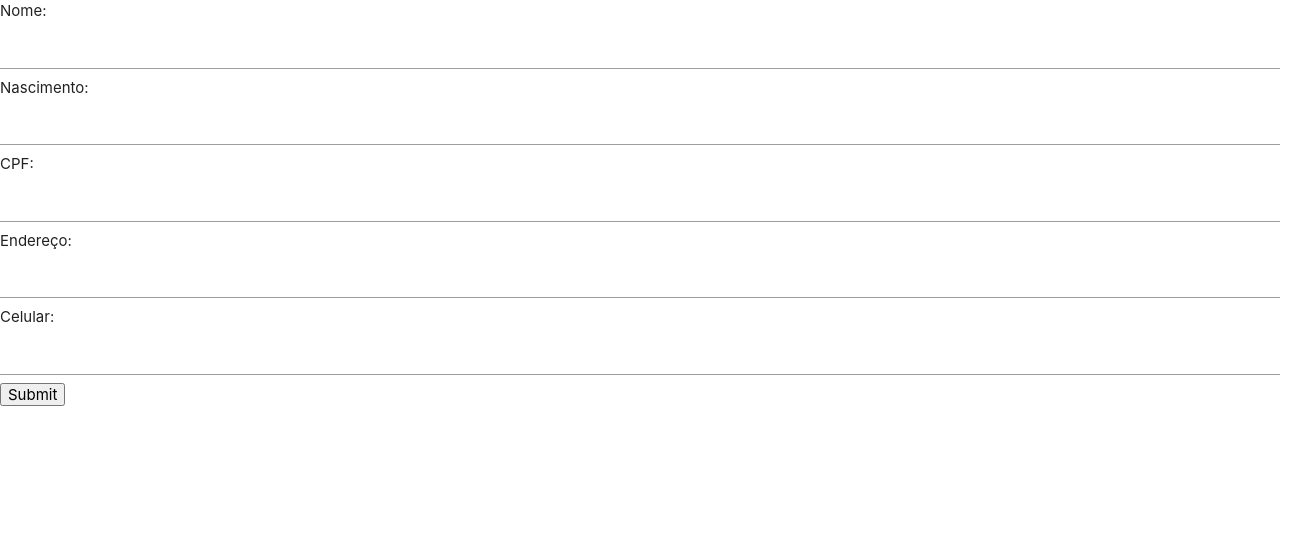
Repository: luizasilveira/TechWeb
Page: Projeto1/techWebP1/WebContent/register.html
These files come from the project's save history. The page is drawn as it stood at one moment and after the next save; the edit follows.
The browser window is 1280 px wide. The page is 1280 px wide, then 1303 px, so the pictures cover 1303 px, including what lies to the right of the window. The pictures show the whole page.

Above is the page before, as saved 2019-09-06 19:48:02.

After the next save:
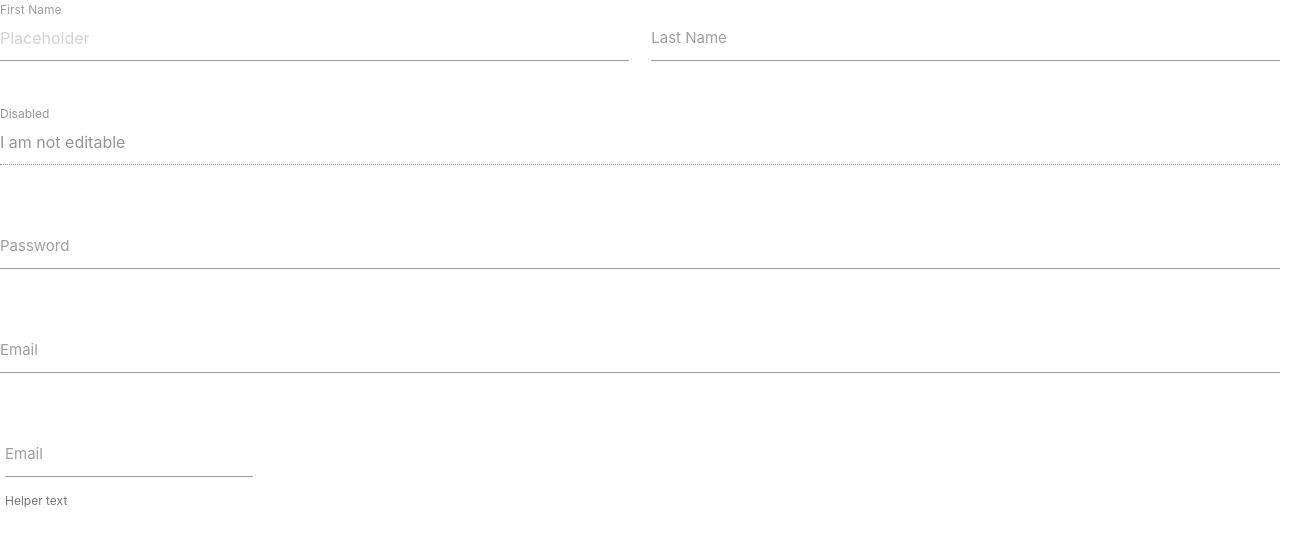
Saved 9 min 5 s later.
--- a/Projeto1/techWebP1/WebContent/register.html
+++ b/Projeto1/techWebP1/WebContent/register.html
@@ -12,26 +12,56 @@
 </head>
 
 <body>
-	<form action="./ClientRegister" method = "POST">
+	<form action="./ClientRegister" method="POST" class="col s12">
 
-		Nome: <input type='text' name='nome'><br>
-		Nascimento: <input type='text' name='nascimento'><br>
-		CPF: <input type='text' name='CPF'><br>
-		Endereço: <input type='text' name='endereço'><br>
-		Celular: <input type='text' name='celular'><br>
-		<input type='submit' value='Submit'>
+
+			<div class="row">
+				<div class="input-field col s6">
+					<input placeholder="Placeholder" id="first_name" type="text"
+						class="validate"> <label for="first_name">First
+						Name</label>
+				</div>
+				<div class="input-field col s6">
+					<input id="last_name" type="text" class="validate"> <label
+						for="last_name">Last Name</label>
+				</div>
+			</div>
+			<div class="row">
+				<div class="input-field col s12">
+					<input disabled value="I am not editable" id="disabled" type="text"
+						class="validate"> <label for="disabled">Disabled</label>
+				</div>
+			</div>
+			<div class="row">
+				<div class="input-field col s12">
+					<input id="password" type="password" class="validate"> <label
+						for="password">Password</label>
+				</div>
+			</div>
+			<div class="row">
+				<div class="input-field col s12">
+					<input id="email" type="email" class="validate"> <label
+						for="email">Email</label>
+				</div>
+			</div>
+			<div class="row">
+				<div class="col s12">
+
+					<div class="input-field inline">
+						<input id="email_inline" type="email" class="validate"> <label
+							for="email_inline">Email</label> <span class="helper-text"
+							data-error="wrong" data-success="right">Helper text</span>
+					</div>
+				</div>
+			</div>
+	</form>
+
+	<script src="https://code.jquery.com/jquery-1.12.0.min.js"></script>
+	<script src="https://cdnjs.cloudflare.com/ajax/libs/materialize/1.0.0/js/materialize.min.js"></script>
 
 
 
 
 
-		<script src="https://code.jquery.com/jquery-1.12.0.min.js"></script>
-		<script src="https://cdnjs.cloudflare.com/ajax/libs/materialize/1.0.0/js/materialize.min.js"></script>
-
-
-
-
-	</form>
-
 </body>
 </html>
